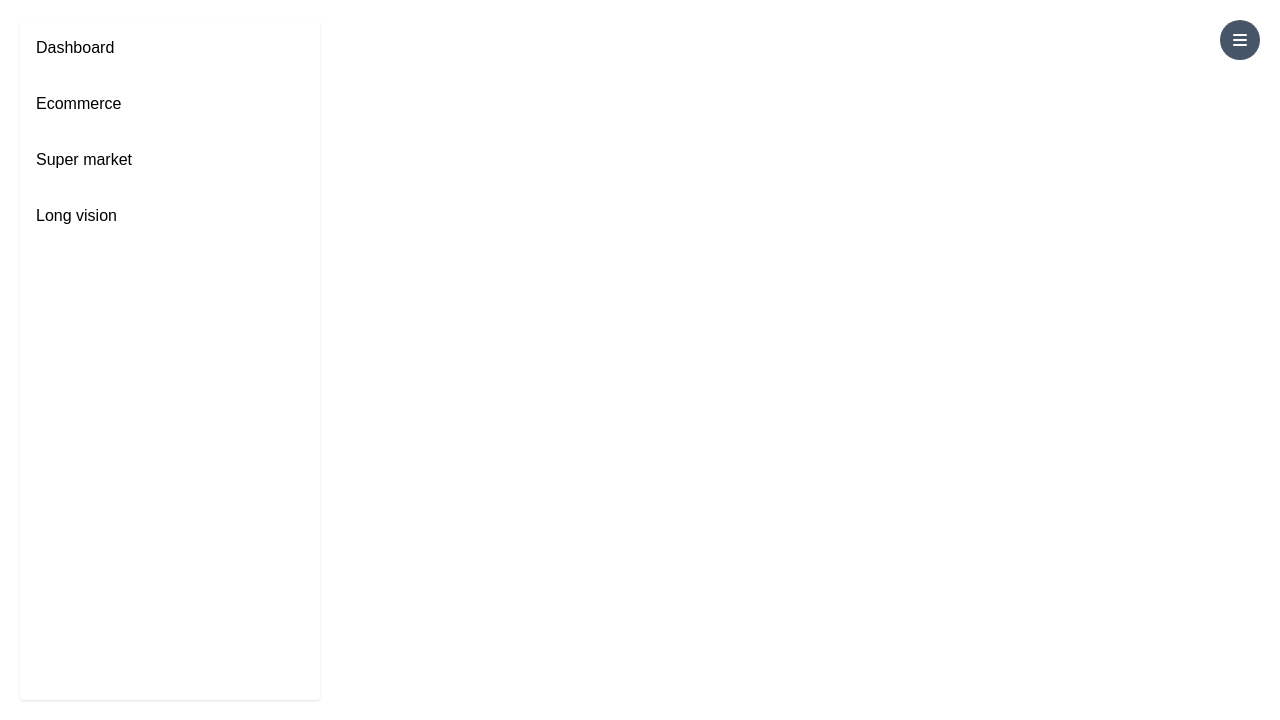
Repository: ngothiep2412/react-redux-course
Page: /
An editor plug-in stored every save of this project. The page is shown before and after the next save, followed by the edit.
The browser window is 1280 px wide. The pictures show the whole page.
The project was rebuilt for these pictures with package versions that can differ from the ones it lists, and the page was loaded fresh each time. Also part of the build but not shown: src/App.css.

Above is the page before, as saved 2022-08-10 18:04:43.

### src/index.js
import React from "react";
import { createRoot } from "react-dom/client";
import App from "./App";
import reportWebVitals from "./reportWebVitals";
import "./index.css";
import { Provider } from "react-redux";
import store from "./redux-toolkit/configureStore";

const container = document.getElementById("root");
const root = createRoot(container);

root.render(
  <React.StrictMode>
    <Provider store={store}>
      <App />
    </Provider>
  </React.StrictMode>
);

// If you want to start measuring performance in your app, pass a function
// to log results (for example: reportWebVitals(console.log))
// or send to an analytics endpoint. Learn more: https://bit.ly/CRA-vitals
reportWebVitals();

### src/App.js
import React from "react";
import "./App.css";
import ButtonToggle from "./components/ButtonToggle";
import Sidebar from "./components/Sidebar";
function App() {
  return (
    <div>
      <Sidebar></Sidebar>
      <ButtonToggle></ButtonToggle>
    </div>
  );
}

export default App;

### src/index.css
@tailwind base;
@tailwind components;
@tailwind utilities;
@layer base {
  body {
    padding: 20px;
    font-family: "DM sans", sans-serif;
  }
  input {
    outline: none;
  }
}

### src/redux-toolkit/configureStore.js
import { configureStore, combineReducers } from "@reduxjs/toolkit";
import counterSlice from "./counterSlice";
import globalSlice from "./globalSlice";

const reducer = combineReducers({
  counter: counterSlice,
  global: globalSlice,
});

const store = configureStore({
  reducer: reducer,
});

export default store;

### src/components/ButtonToggle.js
import React from "react";
import { useDispatch, useSelector } from "react-redux";
import { toggleSidebar } from "../redux-toolkit/globalSlice";

const ButtonToggle = () => {
  const dispatch = useDispatch();
  const { showSideBar: showSidebar } = useSelector((state) => state.global);
  console.log(showSidebar);
  const handleToggleSideBar = () => {
    dispatch(toggleSidebar(!showSidebar));
  };
  return (
    <button
      className="fixed flex items-center justify-center w-10 h-10
     text-white rounded-full right-5 top-5 bg-slate-600"
      onClick={handleToggleSideBar}
    >
      <svg
        xmlns="http://www.w3.org/2000/svg"
        className="w-5 h-5"
        viewBox="0 0 20 20"
        fill="currentColor"
      >
        <path
          fillRule="evenodd"
          d="M3 5a1 1 0 011-1h12a1 1 0 110 2H4a1 1 0 01-1-1zM3 10a1 1 0 011-1h12a1 1 0 110 2H4a1 1 0 01-1-1zM3 15a1 1 0 011-1h12a1 1 0 110 2H4a1 1 0 01-1-1z"
          clipRule="evenodd"
        />
      </svg>
    </button>
  );
};

export default ButtonToggle;

### src/components/Sidebar.js
import React from "react";
import { useSelector } from "react-redux";
const links = ["Dashboard", "Ecommerce", "Super market", "Long vision"];
const Sidebar = () => {
  const globalOptions = useSelector((state) => state.global);
  const { showSideBar } = globalOptions;
  return (
    <div
      className={`w-[300px] bg-white rounded shadow fixed top-5 left-5 bottom-5 transition-all ${
        showSideBar ? "" : "-translate-x-[200%]"
      } `}
    >
      {links.map((item) => (
        <div className="p-4 cursor-pointer hover:bg-gray-50" key={item}>
          {item}
        </div>
      ))}
    </div>
  );
};

export default Sidebar;

### src/redux-toolkit/counterSlice.js
import { createSlice } from "@reduxjs/toolkit";

const counterSlice = createSlice({
  name: "counter",
  initialState: {
    count: 0,
  },
  reducers: {
    increment: (state) => ({
      ...state,
      count: state.count + 1,
    }),
    decrement: (state) => ({
      ...state,
      count: state.count - 1,
    }),
    // incrementByAmount: (state, actions) => ({
    //   ...state,
    //   count: state.count + actions.payload,
    // }),
    incrementByAmount: (state, { payload }) => ({
      //Handle logic code here
      ...state,
      count: state.count + payload,
    }),
    decrementByAmout: (state, actions) => ({
      ...state,
      count: state.count - actions.payload,
    }),
  },
});
//Action creators are generated for each case reducer function
export const { increment, decrement, incrementByAmount, decrementByAmout } =
  counterSlice.actions;
export default counterSlice.reducer;

### src/redux-toolkit/globalSlice.js
import { createSlice } from "@reduxjs/toolkit";

const globalSlice = createSlice({
  name: "global",
  initialState: {
    darkMode: false,
    showSideBar: true,
  },
  reducers: {
    toggleDarkMode: (state, { payload }) => {
      return {
        ...state,
        darkMode: payload,
      };
    },
    toggleSidebar: (state, { payload }) => {
      return {
        ...state,
        showSideBar: payload,
      };
    },
  },
});
export const { toggleDarkMode, toggleSidebar } = globalSlice.actions;
export default globalSlice.reducer;

Loaded but not shown: public/index.html (common file); src/reportWebVitals.js (common file); tailwind.config.js (common file)

After the next save:
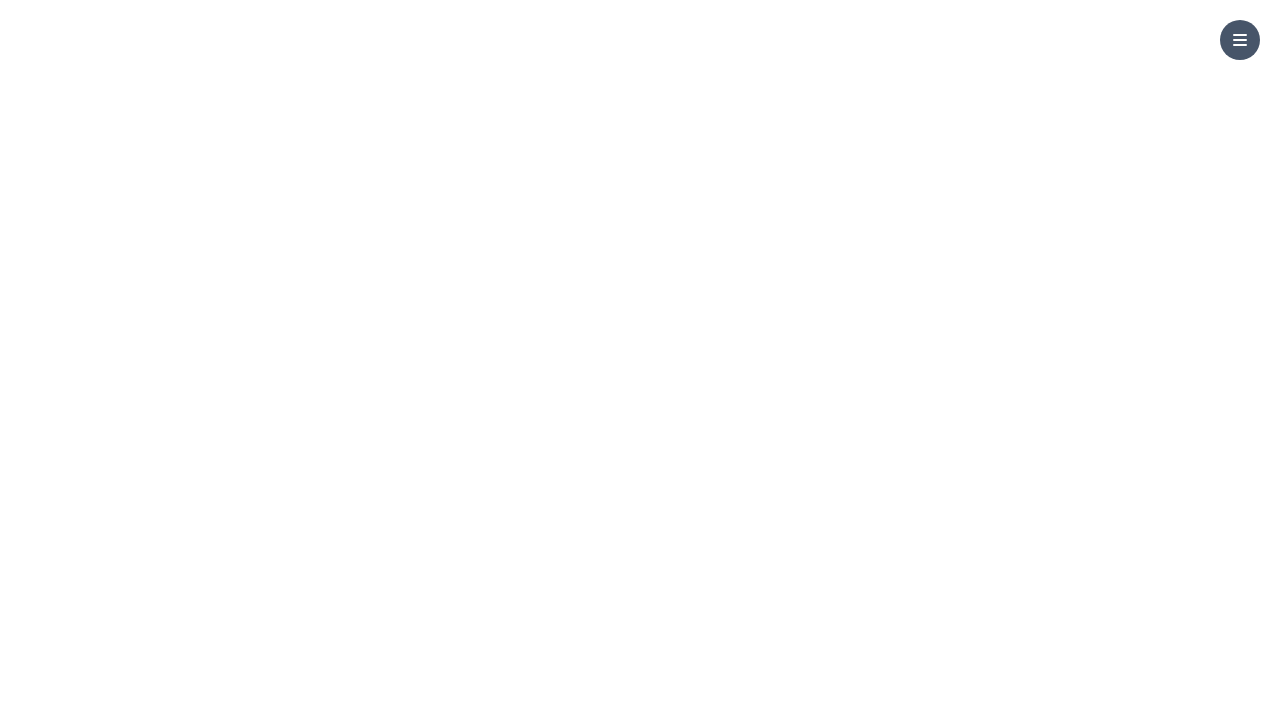
Saved 12 s later.
--- a/src/redux-toolkit/globalSlice.js
+++ b/src/redux-toolkit/globalSlice.js
@@ -4,7 +4,7 @@ const globalSlice = createSlice({
   name: "global",
   initialState: {
     darkMode: false,
-    showSideBar: true,
+    showSidebar: true,
   },
   reducers: {
     toggleDarkMode: (state, { payload }) => {
@@ -16,7 +16,7 @@ const globalSlice = createSlice({
     toggleSidebar: (state, { payload }) => {
       return {
         ...state,
-        showSideBar: payload,
+        showSidebar: payload,
       };
     },
   },

After the save that followed:
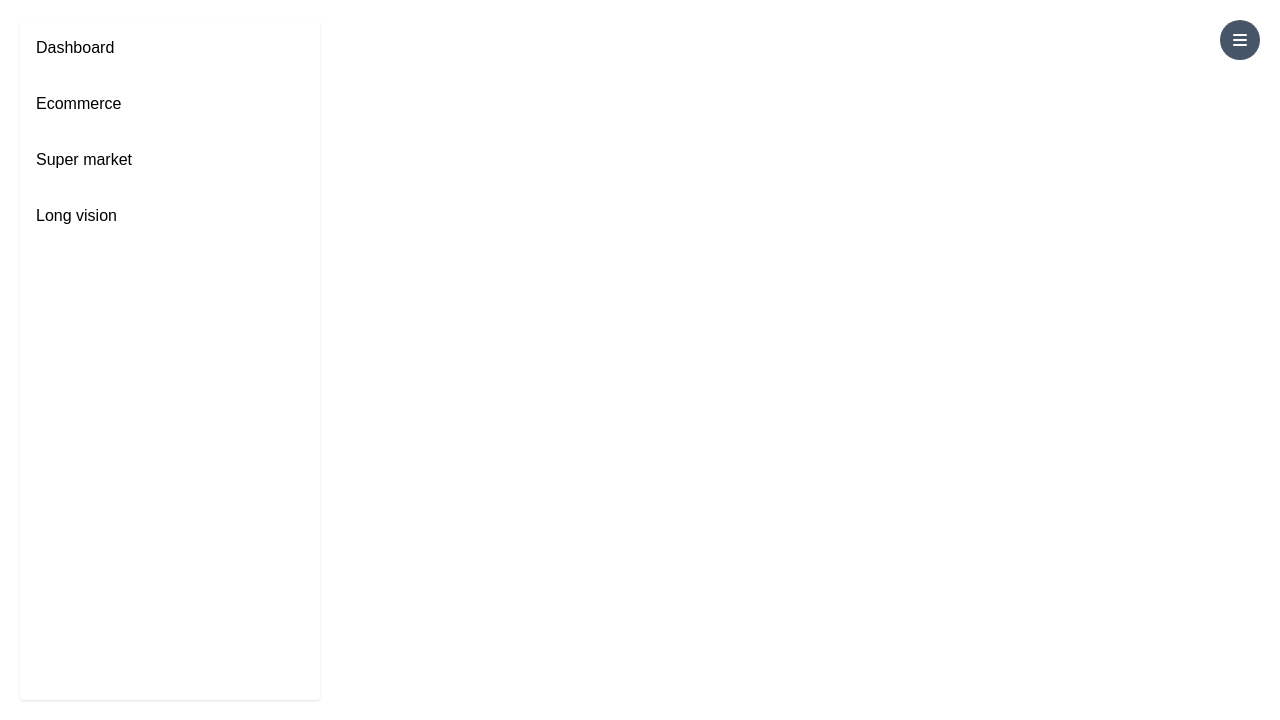
Saved 4 s later.
--- a/src/components/Sidebar.js
+++ b/src/components/Sidebar.js
@@ -3,11 +3,11 @@ import { useSelector } from "react-redux";
 const links = ["Dashboard", "Ecommerce", "Super market", "Long vision"];
 const Sidebar = () => {
   const globalOptions = useSelector((state) => state.global);
-  const { showSideBar } = globalOptions;
+  const { showSidebar } = globalOptions;
   return (
     <div
       className={`w-[300px] bg-white rounded shadow fixed top-5 left-5 bottom-5 transition-all ${
-        showSideBar ? "" : "-translate-x-[200%]"
+        showSidebar ? "" : "-translate-x-[200%]"
       } `}
     >
       {links.map((item) => (
